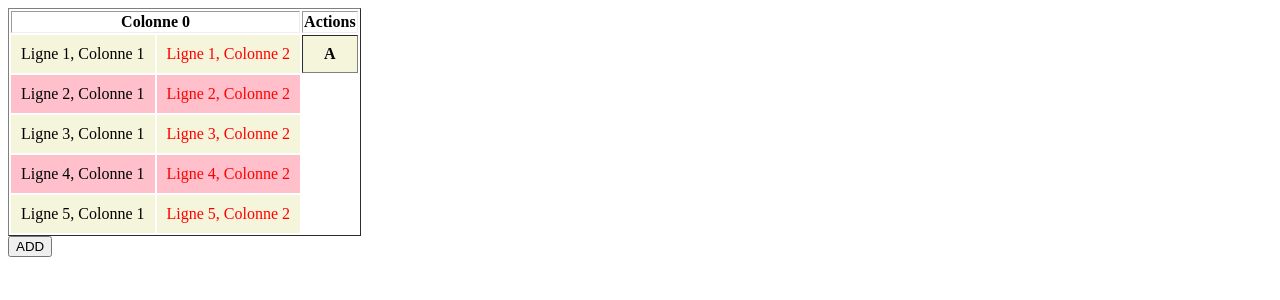
Repository: Chaimaa482/web-tp4
Page: ex1.html
These files come from the project's save history. The page is drawn as it stood at one moment and after the next save; the edit follows.
The browser window is 1280 px wide. The pictures show the whole page.

Above is the page before, as saved 2023-10-29 15:15:42.

After the next save:
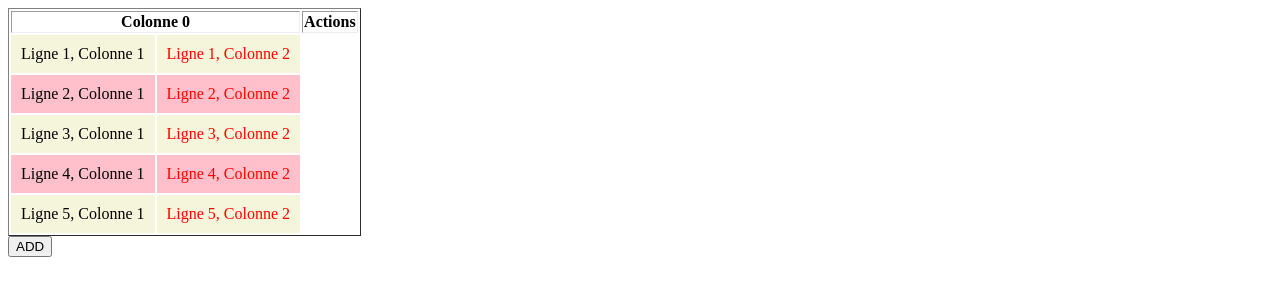
Saved 7 s later.
--- a/ex1.html
+++ b/ex1.html
@@ -12,7 +12,7 @@
         <tr>
             <td>Ligne 1, Colonne 1</td>
             <td>Ligne 1, Colonne 2</td>
-            <th>A</th>
+
         </tr>
         <tr>
             <td>Ligne 2, Colonne 1</td>
